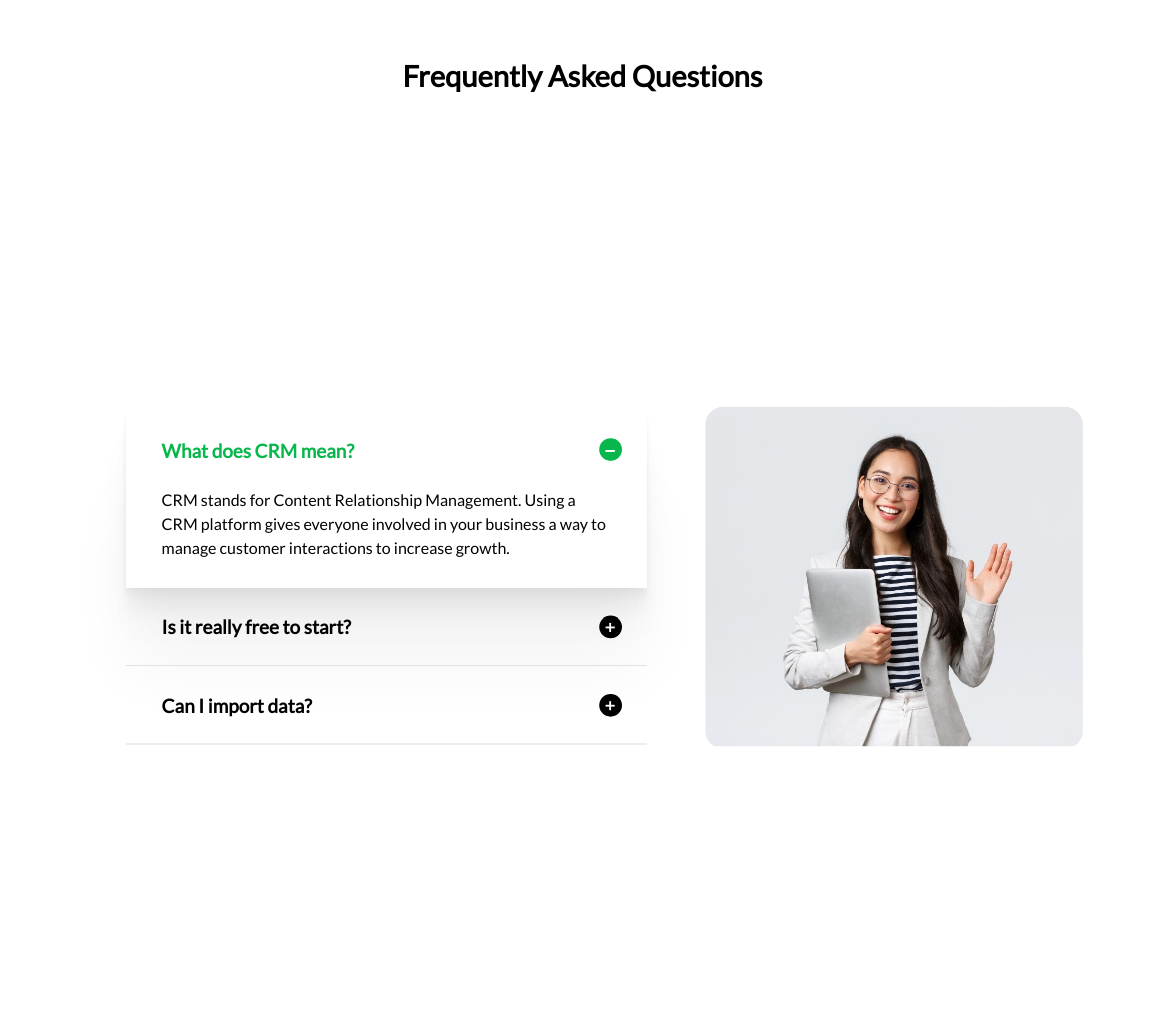
Repository: emiliaiwu/faq_component
Page: index.html
An editor plug-in stored every save of this project. The page is shown before and after the next save, followed by the edit.
The browser window is 1280 px wide. The pictures show the whole page, at 91% of full size.
Some icons come from a web library that is not loaded, so they are not drawn. Some web libraries are served in a nearby version.

Above is the page before, as saved 2022-12-13 21:07:48.

### index.html
<!DOCTYPE html>
<html lang="en">
<head>
    <meta charset="UTF-8">
    <meta http-equiv="X-UA-Compatible" content="IE=edge">
    <meta name="viewport" content="width=device-width, initial-scale=1.0">
    <link rel="stylesheet" href="style.css">
    <script src="https://kit.fontawesome.com/fd9c36575f.js" crossorigin="anonymous"></script>
    <title>FAQ Component</title>
</head>
<body>
        <h2>Frequently Asked Questions</h2>
        <article class="faq_component">
            <div class="faq_container">
                <div class="faq_content active">
                    <div class="faq_header">
                        <h3>What does CRM mean?</h3>

                        <div class="toggle-parent">
                             <div class="toggle">
                                <i class="fa-solid fa-circle-minus"></i>
                            </div>
                        </div>
                    </div>
                    <div class="content_wrap">
                        <p class="content hidden">
                            CRM stands for Content Relationship Management. Using a CRM platform gives everyone involved in your business a way to manage customer interactions to increase growth.
                        </p>
                    </div>
                </div>

                <div class="faq_content">
                    <div class="faq_header">
                        <h3>Is it really free to start?</h3>
                        <div class="toggle-parent">
                             <div class="toggle">
                                <i class="fa-solid fa-circle-minus"></i>
                            </div>
                        </div>
                    </div>
                    <div class="content_wrap">
                        <p class="content">
                            Yes! You can opt to stay within the free tier for as long as you want to. It’s a great way to get a feel for the platform before deciding to upgrade to take advantage of the more advanced features.
                        </p>
                    </div>
                </div>

                <div class="faq_content">
                    <div class="faq_header">
                        <h3>Can I import data?</h3>
                        <div class="toggle-parent">
                             <div class="toggle">
                                <i class="fa-solid fa-circle-minus"></i>
                            </div>
                        </div>
                    </div>
                    <div class="content_wrap">
                         <p class="content">
                            Yes! Getting your existing data in is easy. Simply export your existing customers to a .csv file and import them within a couple of clicks.
                        </p>
                    </div>
                </div>
            </div>
            <div class="faq_image">
                <img src="img/meeting.jpg" alt="">
            </div>
        </article>
 <script src="script.js"></script>
</body>
</html>

### style.css
@import url('https://fonts.googleapis.com/css2?family=Lato:wght@300;400&display=swap');

* {
    margin: 0;
    padding: 0;
    box-sizing: border-box;
}

body {
    font-family: 'Lato', sans-serif;
    max-width: 100vw;
    min-height: 100vh;
    flex-direction: column;

}

body,
.faq_component,
.faq_container {
    display: flex;
    align-items: center;
    justify-content: center;

}


/* TYPOGRAPHY */
h2 {
    margin: 4rem 0rem 2rem;
    text-align: center;
    font-size: 2rem;
    font-family: inherit;

}

h3 {
    font-size: 1.3rem;
    font-family: inherit;
}

p {
    font-size: 1.1rem;
    font-family: inherit;
    height: 100%;
    line-height: 1.5;
}


/* TOGGLE */

.fa-solid {
    font-size: 1.5rem;
}

/* MAIN BODY */
.faq_component {
    width: 100%;
    padding: 4rem 7vw;
    gap: 1rem;
    height: 1000px;
}

.faq_image {
    max-width: 150%;
    border-radius: 20px;
    overflow: hidden;
}

img {
    width: 100%;
    height: auto;

}

.faq_container {
    width: 100%;
    padding: 0 3rem;
    flex-direction: column;
    z-index: 1000;
}

.faq_header {
    display: flex;
    align-items: center;
    justify-content: space-between;
    padding: 30px 0px 30px 0;
    gap: 2rem;
    position: relative;
}

.faq_content {
    padding: 0 40px;
    border-bottom: 1px solid rgba(0, 0, 0, 0.146);
    cursor: pointer;
    overflow: hidden;
}

.content_wrap {
    padding: 0 0 0px;
    visibility: hidden;
    max-height: 0px;
    transition: all .5s ease;


}

.toggle-parent {
    position: relative;
}

 .toggle {
    position: absolute;
    width: 25px;
    height: 25px;
    border-radius: 25px;
    background-color: black;
    top: 50%;
    left: 50%;
    transform: translate(-50%, -50%);
}


.faq_content .fa-circle-minus::before {
    content: '';
    position: absolute;
    background-color: rgb(255, 255, 255);
    width: 10px;
    height: 2px;
    margin-left: auto;
    margin-right: auto;
    top: 50%;
    left: 0;
    right: 0;
    transition: transform .45s cubic-bezier(.3,.4,.2,1),
        background-color .15s ease;
}

.faq_content .fa-circle-minus::after {
    content: '';
    position: absolute;
    transform: rotate(90deg);
    background-color: rgb(255, 255, 255);
    width: 10px;
    height: 2px;
    margin-left: auto;
    margin-right: auto;
    top: 50%;
    left: 0;
    right: 0;
    transition: transform .45s cubic-bezier(.3,.4,.2,1),
        background-color .15s ease;
}




/* ACTIVE CLASSES */

.faq_content.active {
    border: none;
    box-shadow: 0 90px 70px 0 rgb(0 0 0 / 4%),
        0 40px 35px 0 rgb(0 0 0 / 3%),
        0 25px 15px 0 rgb(0 0 0 / 3%),
        0 11px 7px 0 rgb(0 0 0 / 3%),
        0 2px 5px 0 rgb(0 0 0 / 3%);
}

.faq_content.active .faq_header {
    color:rgb(8, 183, 75);
    transition: color .15s ease;
}

.faq_content.active .fa-circle-plus {
    transform: rotate(45deg);
    transition: transform .45s cubic-bezier(.3,.4,.2,1);
}

.faq_content.active .toggle {
    background-color: rgb(8, 183, 75);
    transition: color .15s ease;
}


.faq_content.active .fa-circle-minus::after {
    background-color: #fff;
    transform: rotate(180deg);
    transition: transform .45s cubic-bezier(.3,.4,.2,1);
}


.faq_content.active .content_wrap {
    padding: 0 0 30px;
    visibility: visible;
    max-height: 150px;

}



@media only screen and (max-width: 1000px) {
    .faq_component {
        flex-direction: column;
        gap: 3rem;
        padding: 4rem 7vw;
    }

    h2 {
        margin-top: 3rem;
    }

    .faq_container {
        padding: 0;
    }

    .faq_content.active .content_wrap {
        max-height: 300px;
        padding: 0 0 30px;
    }
}

### script.js
'use strict';
const faqContent = document.querySelectorAll('.faq_content');


faqContent.forEach((faq) => {
    faq.addEventListener('click', function () {
        faq.classList.toggle('active');

    });
})

After the next save:
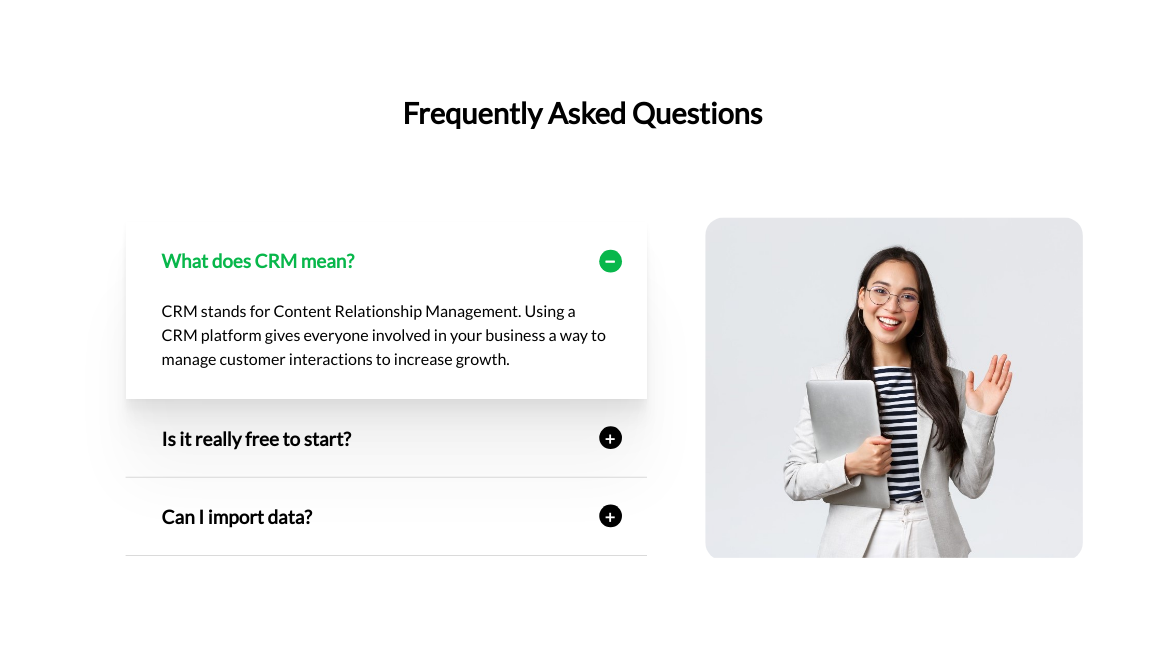
Saved 17 s later.
--- a/style.css
+++ b/style.css
@@ -57,7 +57,6 @@ p {
     width: 100%;
     padding: 4rem 7vw;
     gap: 1rem;
-    height: 1000px;
 }
 
 .faq_image {
